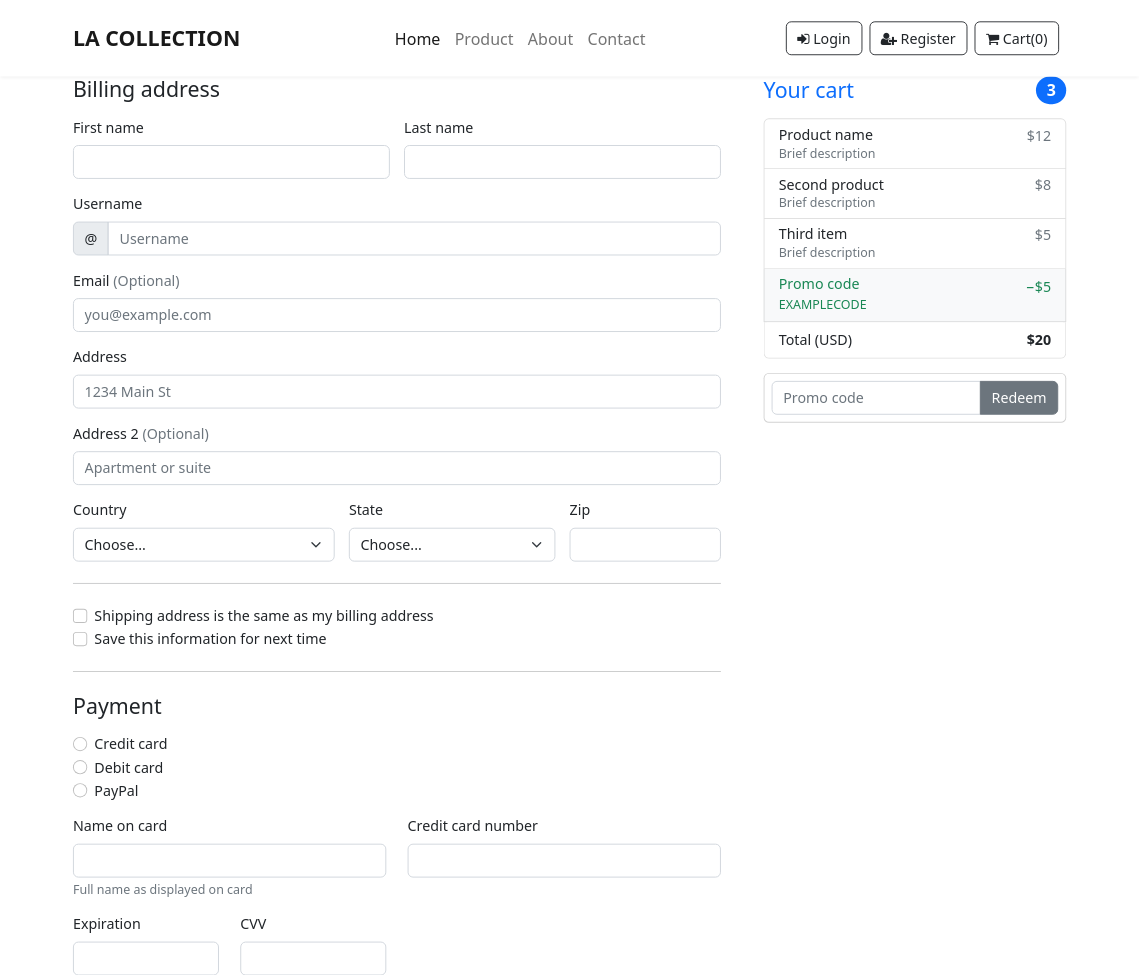
Repository: tiendungjr123/Ecommerce
Page: /checkout
The author's editor kept a copy of each file at every save. The page is drawn from the files as they stood at one save, then again after the next save.
The browser window is 1280 px wide. The pictures show the whole page, at 89% of full size.
The project was rebuilt for these pictures with package versions that can differ from the ones it lists, and the page was loaded fresh each time. Also part of the build but not shown: src/components/Products.jsx, src/components/Home.jsx, src/redux/action/index.js, src/components/ProductDetail.jsx, src/components/About.jsx, src/components/Contact.jsx, src/components/Cart.jsx.

Above is the page before, as saved 2022-10-04 12:04:49.

### src/index.js
import React from 'react';
import ReactDOM from 'react-dom/client';
import './index.css';
import App from './App';
import '../node_modules/bootstrap/dist/css/bootstrap.min.css';
import '../node_modules/font-awesome/css/font-awesome.min.css';
import 'react-loading-skeleton/dist/skeleton.css'
import { BrowserRouter } from 'react-router-dom';
import store from './redux/store';
import { Provider } from 'react-redux';
const root = ReactDOM.createRoot(document.getElementById('root'));
root.render(
   <BrowserRouter>
      <Provider store={store}>
         <App />
      </Provider>
   </BrowserRouter>
);

### src/index.css
body {
   margin: 0;
   font-family: -apple-system, BlinkMacSystemFont, "Segoe UI", "Roboto", "Oxygen", "Ubuntu", "Cantarell", "Fira Sans",
      "Droid Sans", "Helvetica Neue", sans-serif;
   -webkit-font-smoothing: antialiased;
   -moz-osx-font-smoothing: grayscale;
}

code {
   font-family: source-code-pro, Menlo, Monaco, Consolas, "Courier New", monospace;
}

### src/App.js
import './App.css';
import Home from './components/Home';
import Navbar from './components/Navbar';
import {Route,  Routes} from 'react-router-dom';
import Products from './components/Products';
import ProductDetail from './components/ProductDetail';
import About from './components/About';
import Contact from './components/Contact';
import Cart from './components/Cart';
import Checkout from './components/Checkout';
function App() {
   return (
      <>
         <Navbar/>
         <Routes>
            <Route exact path='/' element={<Home/>}/>
            <Route exact path='/products' element={<Products/>}/>
            <Route exact path='/products/:id' element={<ProductDetail/>}/>
            <Route exact path='/about' element={<About/>}/>
            <Route exact path='/contact' element={<Contact/>}/>
            <Route exact path='/cart' element={<Cart/>}/>
            <Route exact path='/checkout' element={<Checkout/>}/>
         </Routes>
      </>
   );
}

export default App;

### src/redux/store.js
import { createStore } from "redux";
import rootReducers from "./reducer";
const store = createStore(rootReducers);

export default store;

### src/App.css
/* Navbar css */

.navbar-nav a{
   font-size: 18px;
}

### src/components/Navbar.jsx
import React from 'react';
import { NavLink } from 'react-router-dom';
import { useSelector } from 'react-redux';
const Navbar = () => {
   const state = useSelector((state) => state.handleCart);
   return (
      <div>
         <nav className="navbar navbar-expand-lg bg-white py-3 shadow-sm">
            <div className="container">
               <NavLink className="navbar-brand fw-bold fs-4" to="/">LA COLLECTION</NavLink>
               <button className="navbar-toggler" type="button" data-bs-toggle="collapse" data-bs-target="#navbarSupportedContent" aria-controls="navbarSupportedContent" aria-expanded="false" aria-label="Toggle navigation">
                  <span className="navbar-toggler-icon"></span>
               </button>
               <div className="collapse navbar-collapse" id="navbarSupportedContent">
                  <ul className="navbar-nav mx-auto mb-2 mb-lg-0">
                     <li className="nav-item">
                        <NavLink className="nav-link active" aria-current="page" to="/">Home</NavLink>
                     </li>
                     <li className="nav-item">
                        <NavLink className="nav-link" to="/products">Product</NavLink>
                     </li>
                     <li className="nav-item">
                        <NavLink className="nav-link" to="/about">About</NavLink>
                     </li>
                     <li className="nav-item">
                        <NavLink className="nav-link" to="/contact">Contact</NavLink>
                     </li>
                  </ul>
                  <div className="buttons ">
                     <NavLink to="/login" className='btn btn-outline-dark'>
                        <i className='fa fa-sign-in me-1'></i>Login
                     </NavLink>
                     <NavLink to="/register" className='btn btn-outline-dark ms-2'>
                        <i className='fa fa-user-plus me-1'></i>Register
                     </NavLink>
                     <NavLink to="/cart" className='btn btn-outline-dark m-2'>
                        <i className='fa fa-shopping-cart me-1'></i>Cart({state.length})
                     </NavLink>
                  </div>
               </div>
            </div>
         </nav>
      </div>
   );
}

export default Navbar;

### src/components/Checkout.jsx
import React from 'react';

const Checkout = () => {
   return (
      <div className='container'>
         <div className="row g-5">
            <div className="col-md-5 col-lg-4 order-md-last">
               <h4 className="d-flex justify-content-between align-items-center mb-3">
                  <span className="text-primary">Your cart</span>
                  <span className="badge bg-primary rounded-pill">3</span>
               </h4>
               <ul className="list-group mb-3">
                  <li className="list-group-item d-flex justify-content-between lh-sm">
                     <div>
                        <h6 className="my-0">Product name</h6>
                        <small className="text-muted">Brief description</small>
                     </div>
                     <span className="text-muted">$12</span>
                  </li>
                  <li className="list-group-item d-flex justify-content-between lh-sm">
                     <div>
                        <h6 className="my-0">Second product</h6>
                        <small className="text-muted">Brief description</small>
                     </div>
                     <span className="text-muted">$8</span>
                  </li>
                  <li className="list-group-item d-flex justify-content-between lh-sm">
                     <div>
                        <h6 className="my-0">Third item</h6>
                        <small className="text-muted">Brief description</small>
                     </div>
                     <span className="text-muted">$5</span>
                  </li>
                  <li className="list-group-item d-flex justify-content-between bg-light">
                     <div className="text-success">
                        <h6 className="my-0">Promo code</h6>
                        <small>EXAMPLECODE</small>
                     </div>
                     <span className="text-success">−$5</span>
                  </li>
                  <li className="list-group-item d-flex justify-content-between">
                     <span>Total (USD)</span>
                     <strong>$20</strong>
                  </li>
               </ul>

               <form className="card p-2">
                  <div className="input-group">
                     <input type="text" className="form-control" placeholder="Promo code" />
                     <button type="submit" className="btn btn-secondary">Redeem</button>
                  </div>
               </form>
            </div>
            <div className="col-md-7 col-lg-8">
               <h4 className="mb-3">Billing address</h4>
               <form className="needs-validation" novalidate="">
                  <div class="row g-3">
                     <div class="col-sm-6">
                        <label for="firstName" class="form-label">First name</label>
                        <input type="text" class="form-control" id="firstName" placeholder="" value="" required="" />
                        <div class="invalid-feedback">
                           Valid first name is required.
                        </div>
                     </div>

                     <div class="col-sm-6">
                        <label for="lastName" class="form-label">Last name</label>
                        <input type="text" class="form-control" id="lastName" placeholder="" value="" required="" />
                        <div class="invalid-feedback">
                           Valid last name is required.
                        </div>
                     </div>

                     <div class="col-12">
                        <label for="username" class="form-label">Username</label>
                        <div class="input-group has-validation">
                           <span class="input-group-text">@</span>
                           <input type="text" class="form-control" id="username" placeholder="Username" required="" />
                           <div class="invalid-feedback">
                              Your username is required.
                           </div>
                        </div>
                     </div>

                     <div class="col-12">
                        <label for="email" class="form-label">Email <span class="text-muted">(Optional)</span></label>
                        <input type="email" class="form-control" id="email" placeholder="you@example.com" />
                        <div class="invalid-feedback">
                           Please enter a valid email address for shipping updates.
                        </div>
                     </div>

                     <div class="col-12">
                        <label for="address" class="form-label">Address</label>
                        <input type="text" class="form-control" id="address" placeholder="1234 Main St" required="" />
                        <div class="invalid-feedback">
                           Please enter your shipping address.
                        </div>
                     </div>

                     <div class="col-12">
                        <label for="address2" class="form-label">Address 2 <span class="text-muted">(Optional)</span></label>
                        <input type="text" class="form-control" id="address2" placeholder="Apartment or suite" />
                     </div>

                     <div class="col-md-5">
                        <label for="country" class="form-label">Country</label>
                        <select class="form-select" id="country" required="">
                           <option value="">Choose...</option>
                           <option>United States</option>
                        </select>
                        <div class="invalid-feedback">
                           Please select a valid country.
                        </div>
                     </div>

                     <div class="col-md-4">
                        <label for="state" class="form-label">State</label>
                        <select class="form-select" id="state" required="">
                           <option value="">Choose...</option>
                           <option>California</option>
                        </select>
                        <div class="invalid-feedback">
                           Please provide a valid state.
                        </div>
                     </div>

                     <div class="col-md-3">
                        <label for="zip" class="form-label">Zip</label>
                        <input type="text" class="form-control" id="zip" placeholder="" required="" />
                        <div class="invalid-feedback">
                           Zip code required.
                        </div>
                     </div>
                  </div>
                  <hr class="my-4" />
                  <div class="form-check">
                     <input type="checkbox" class="form-check-input" id="same-address" />
                     <label class="form-check-label" for="same-address">Shipping address is the same as my billing address</label>
                  </div>
                  <div class="form-check">
                     <input type="checkbox" class="form-check-input" id="save-info" />
                     <label class="form-check-label" for="save-info">Save this information for next time</label>
                  </div>
                  <hr class="my-4" />
                  <h4 class="mb-3">Payment</h4>
                  <div class="my-3">
                     <div class="form-check">
                        <input id="credit" name="paymentMethod" type="radio" class="form-check-input" checked="" required="" />
                        <label class="form-check-label" for="credit">Credit card</label>
                     </div>
                     <div class="form-check">
                        <input id="debit" name="paymentMethod" type="radio" class="form-check-input" required="" />
                        <label class="form-check-label" for="debit">Debit card</label>
                     </div>
                     <div class="form-check">
                        <input id="paypal" name="paymentMethod" type="radio" class="form-check-input" required="" />
                        <label class="form-check-label" for="paypal">PayPal</label>
                     </div>
                  </div>
                  <div class="row gy-3">
                     <div class="col-md-6">
                        <label for="cc-name" class="form-label">Name on card</label>
                        <input type="text" class="form-control" id="cc-name" placeholder="" required="" />
                        <small class="text-muted">Full name as displayed on card</small>
                        <div class="invalid-feedback">
                           Name on card is required
                        </div>
                     </div>

                     <div class="col-md-6">
                        <label for="cc-number" class="form-label">Credit card number</label>
                        <input type="text" class="form-control" id="cc-number" placeholder="" required="" />
                        <div class="invalid-feedback">
                           Credit card number is required
                        </div>
                     </div>

                     <div class="col-md-3">
                        <label for="cc-expiration" class="form-label">Expiration</label>
                        <input type="text" class="form-control" id="cc-expiration" placeholder="" required="" />
                        <div class="invalid-feedback">
                           Expiration date required
                        </div>
                     </div>

                     <div class="col-md-3">
                        <label for="cc-cvv" class="form-label">CVV</label>
                        <input type="text" class="form-control" id="cc-cvv" placeholder="" required="" />
                        <div class="invalid-feedback">
                           Security code required
                        </div>
                     </div>
                  </div>
               </form>
            </div>
         </div>
      </div>
   );
}

export default Checkout;

### src/redux/reducer/index.js
import handleCart from "./handleCart";
import { combineReducers } from "redux";

const rootReducers =  combineReducers({
   handleCart,
})

export default rootReducers;

### src/redux/reducer/handleCart.js
const cart = [];

const handleCart = (state = cart, action) => {
   const product = action.payload;
   switch (action.type) {
      case 'cart/addProduct':
         const exits = state.find((x) => x.id === product.id);
         if (exits) {
            return state.map((x) => x.id === product.id ? { ...x, qty: x.qty + 1 } : x)
         }else{
            const product = action.payload;
            return [
               ...state,
               {
                  ...product,
                  qty: 1,
               }
            ]
         }
         break;
      case 'cart/deleteProduct':
         const exits1 = state.find((x) => x.id === product.id);
         if(exits1.qty === 1){
            return state.filter((x) => x.id !== exits1.id)
         }
         else{
            return state.map((x) =>
               x.id === product.id ? {...x, qty: x.qty-1}:x
            );
         }
         break;
      default:
         return state;
   }
}

export default handleCart;

Loaded but not shown: public/index.html (common file)

After the next save:
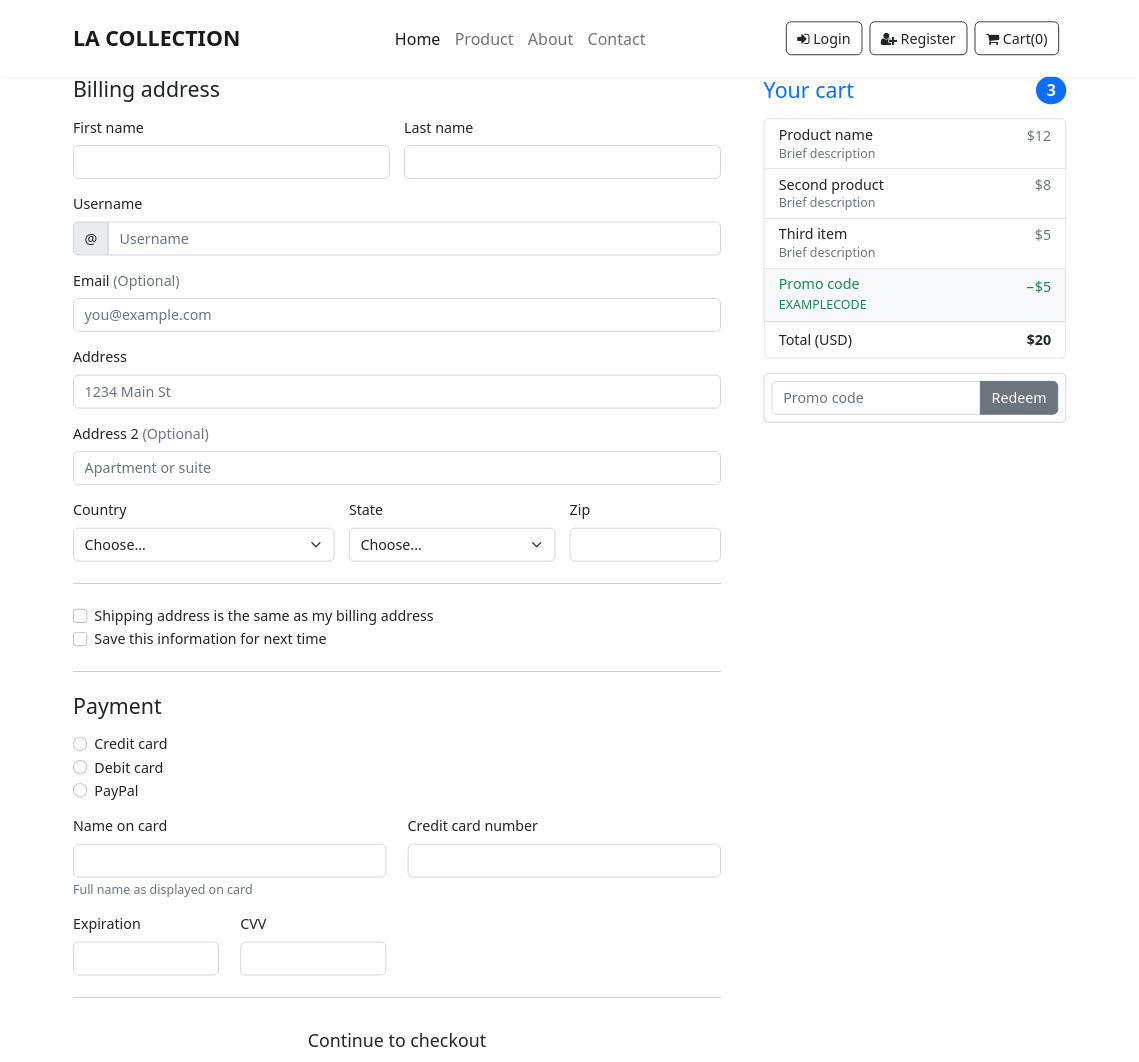
Saved 36 s later.
--- a/src/components/Checkout.jsx
+++ b/src/components/Checkout.jsx
@@ -192,6 +192,8 @@ const Checkout = () => {
                         </div>
                      </div>
                   </div>
+                  <hr class="my-4"/>
+                  <button class="w-100 btn btn-outline-dảk btn-lg" type="submit">Continue to checkout</button>
                </form>
             </div>
          </div>
